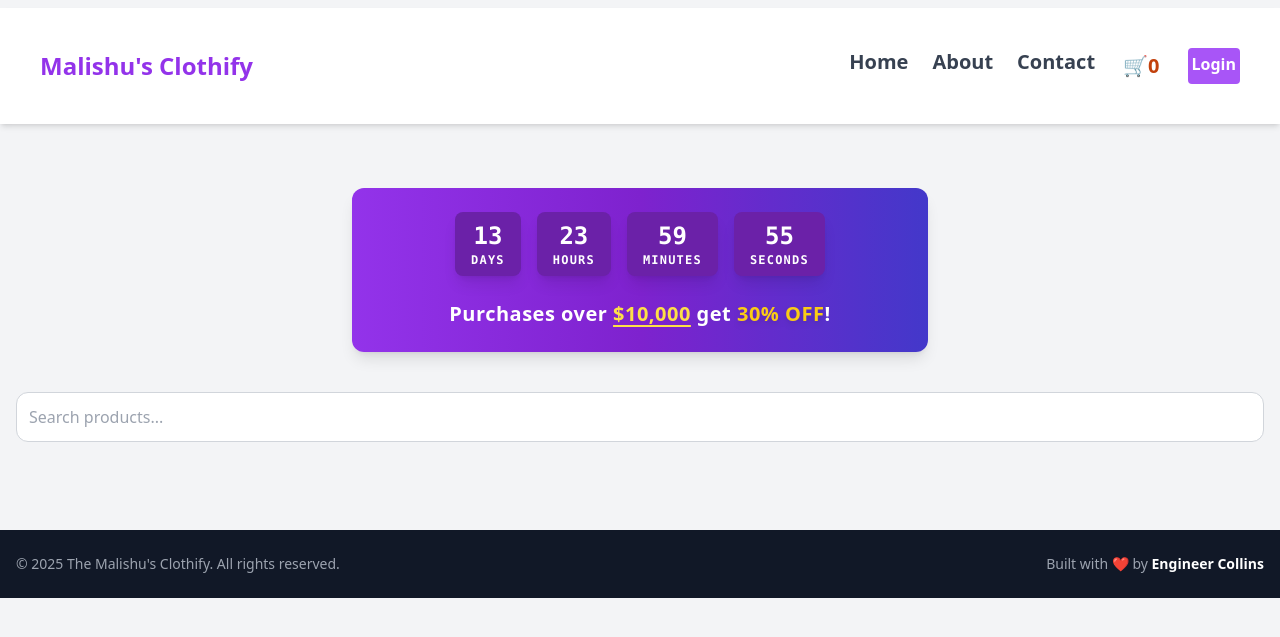
Repository: Engineer-collo/Modern-Ecommerce-Application
Page: /
The author's editor kept a copy of each file at every save. The page is drawn from the files as they stood at one save, then again after a run of saves.
The browser window is 1280 px wide. The pictures show the whole page.
The page's requests for data from a server got no answer. The project was rebuilt for these pictures with package versions that can differ from the ones it lists, and the page was loaded fresh each time. No one was signed in, and anything a server would have sent is missing. Also part of the build but not shown: vite.config.js, src/components/SignupForm.jsx, src/components/LoginForm.jsx, src/components/ProductCard.jsx, src/components/Contact.jsx, src/components/About.jsx, src/components/Cart.jsx, src/components/ProductDetailsView.jsx.

Above is the page before, as saved 2025-05-26 09:42:04.

After the next 2 saves:
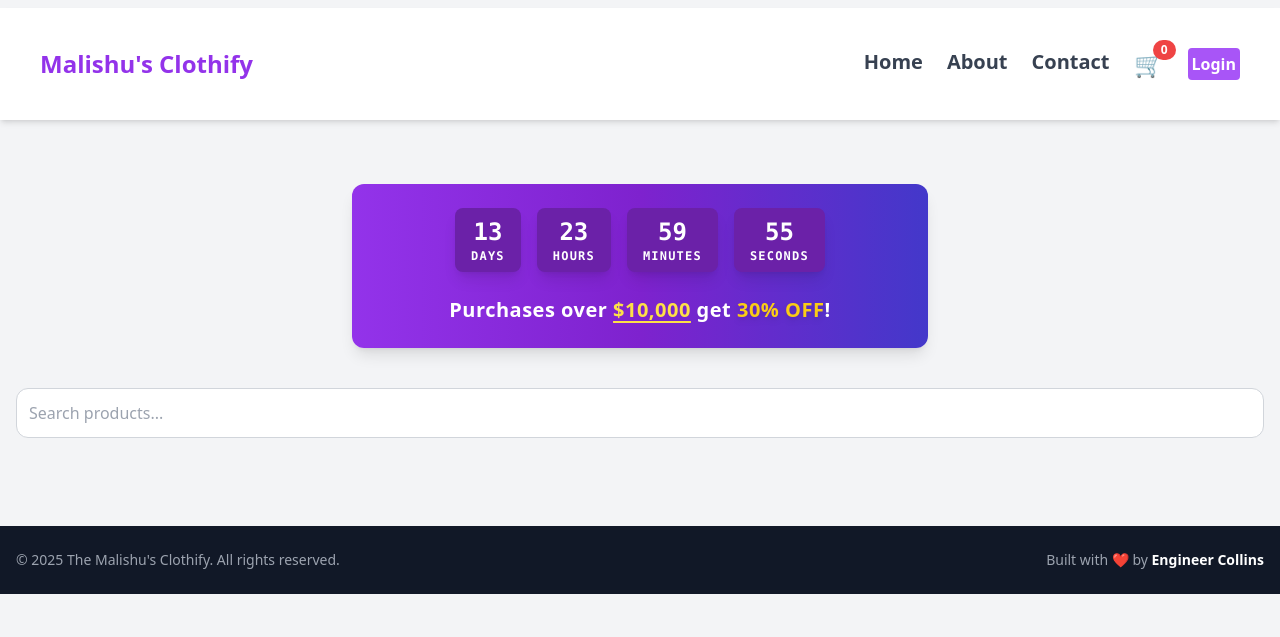
The 2 saves are shown as one change because they came seconds apart.
The last was saved 66 s later.
--- a/src/components/Navbar.jsx
+++ b/src/components/Navbar.jsx
@@ -67,12 +67,12 @@ const Navbar = ({ cart = [] }) => {
           >
             Contact
           </Link>
-          <Link
-            to="/cart"
-            className="text-xl rounded p-1 font-bold text-orange-700 transition"
-          >
-            🛒<span>{cart.length}</span>
-          </Link>
+          <Link to="/cart" className="relative text-2xl font-bold hover:text-white transition">
+  🛒
+  <span className="absolute -top-2 -right-3 bg-red-500 text-white text-xs font-bold px-2 py-0.5 rounded-full">
+    {cart.length}
+  </span>
+</Link>
           <Link
             to="/login"
             className="rounded p-1 bg-purple-500 font-bold text-white transition"
